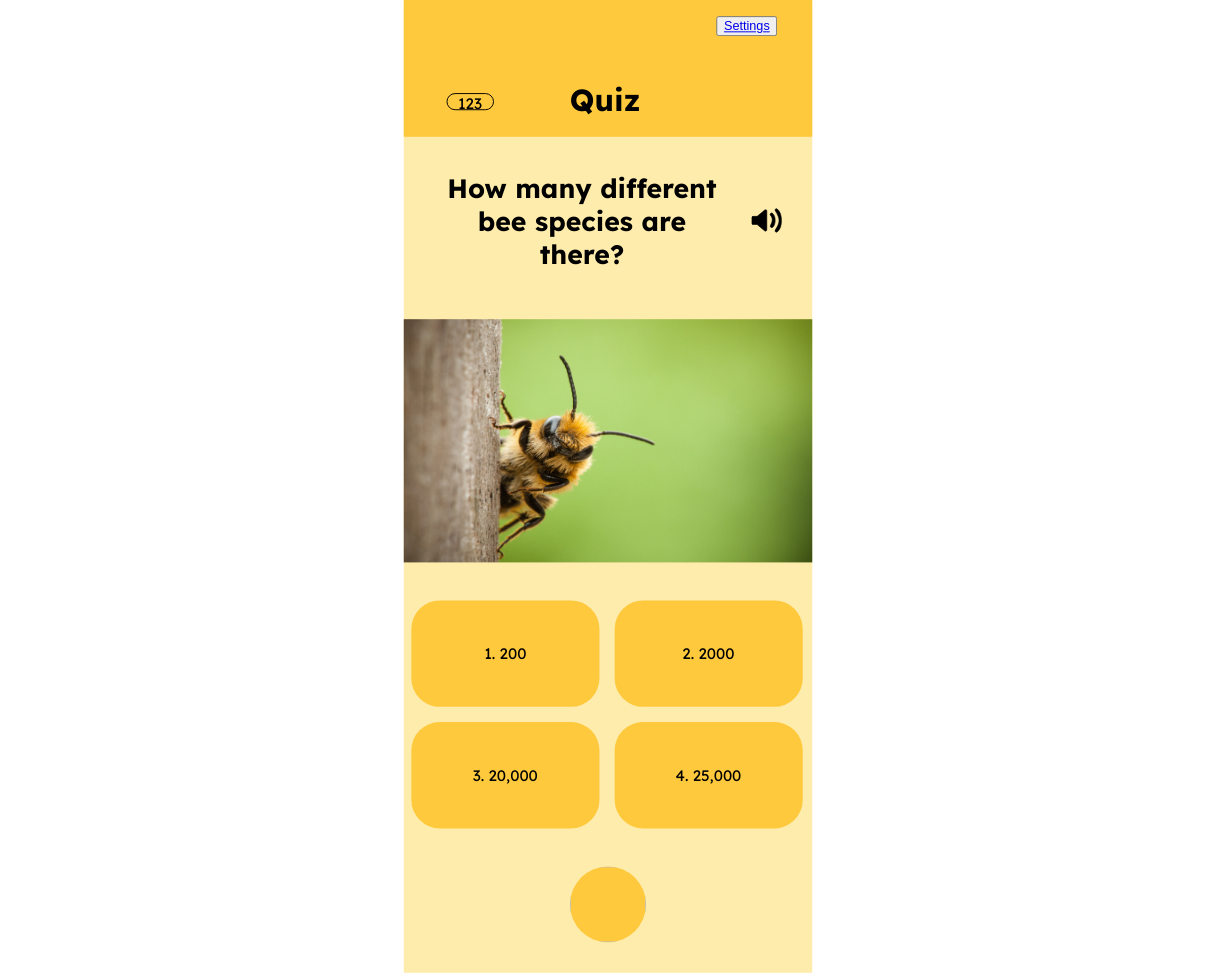
Repository: kellyzyhuang/HiveFive
Page: /Quiz
These files come from the project's save history. The page is drawn as it stood at one moment and after a run of saves; the edit follows.
The browser window is 1280 px wide. The pictures show the whole page, at 95% of full size.
Some web fonts or font styles are not loaded; a fallback is used. The project was rebuilt for these pictures with package versions that can differ from the ones it lists, and the page was loaded fresh each time. The framework's server and built-in components were replaced by stand-ins that run in the browser. Also part of the build but not shown: next.config.js, components/QuizResults/QuizResults.module.css, components/QuizResults/index.js, components/QuizPopup/QuizPopup.module.css, components/QuizPopup/index.js.

Above is the page before, as saved 2024-04-07 16:06:27.

After the next 2 saves:
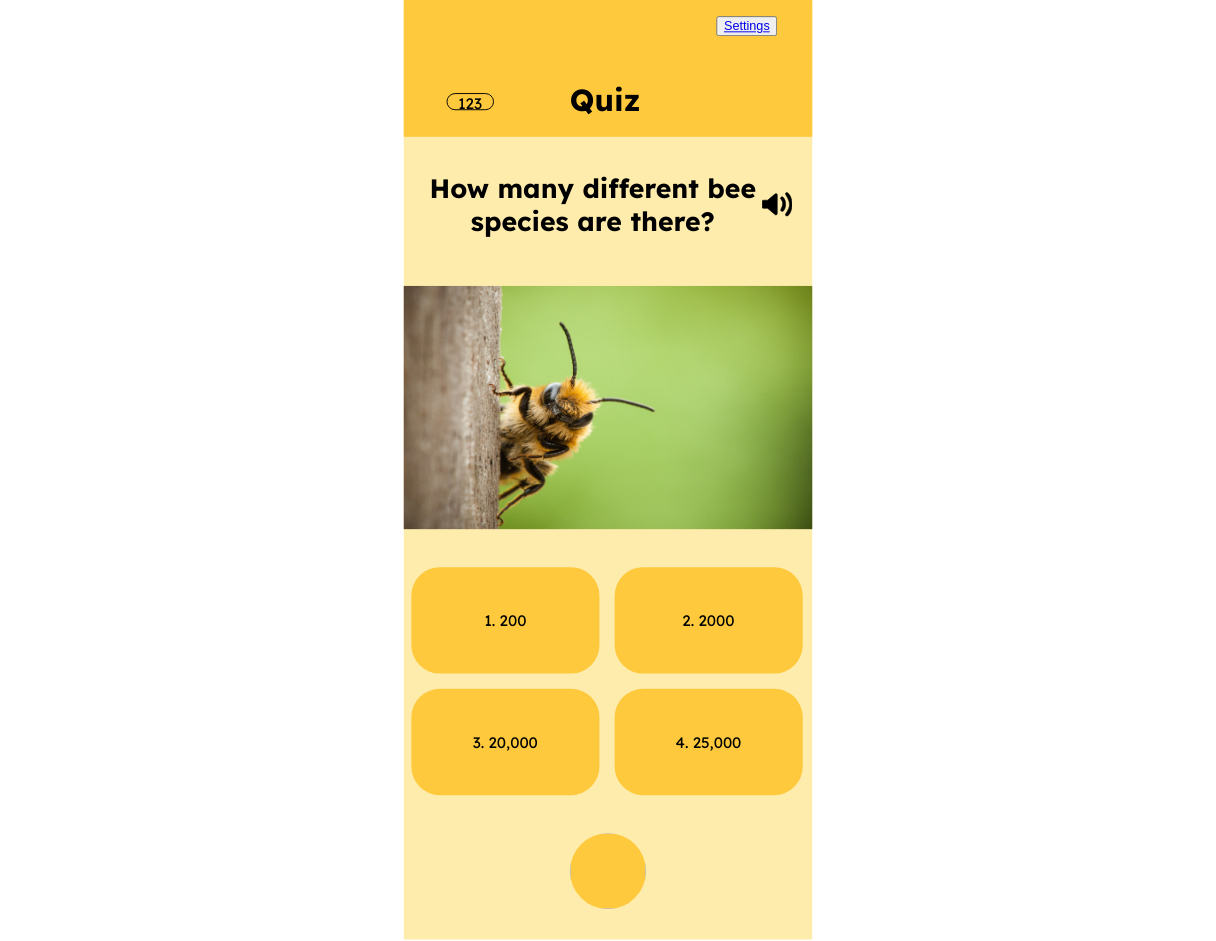
The 2 saves are shown as one change because they came seconds apart.
The last was saved 8 s later.
--- a/styles/Quiz.module.css
+++ b/styles/Quiz.module.css
@@ -14,7 +14,6 @@
   .question{
     font-size: 1.75rem;
     text-align: center;
-    width: 85%;
   }
 
   .buffer{
@@ -36,7 +35,7 @@
 
   .questionHead {
     display: flex;
-    width: 85%;
+    width: 90%;
     align-items: center;
     justify-content: space-between;
   }
